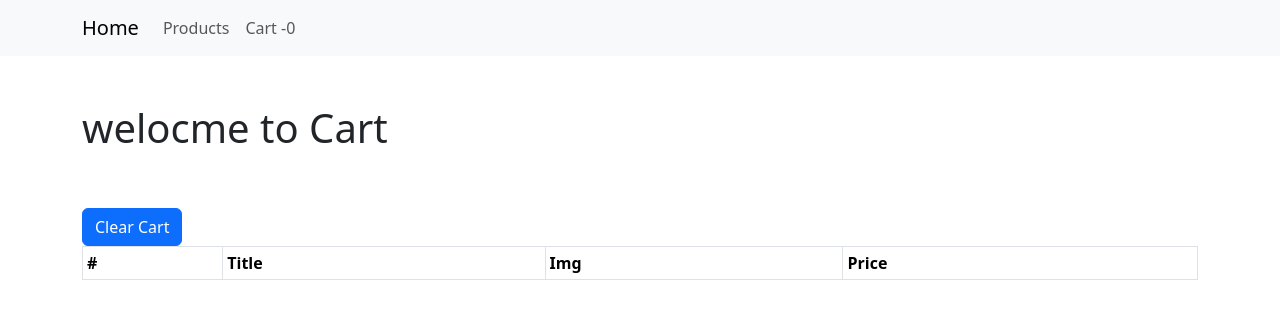
Repository: abdulrahmanmahmood/Basic-Cart-App-Using-Redux-Toolkit
Page: /cart
These files come from the project's save history. The page is drawn as it stood at one moment and after a run of saves; the edit follows.
The browser window is 1280 px wide. The pictures show the whole page.
The project was rebuilt for these pictures with package versions that can differ from the ones it lists, and the page was loaded fresh each time. Also part of the build but not shown: src/App.css, src/components/Produc.js, src/App.js.

Above is the page before, as saved 2023-09-28 21:49:16.

After the next 2 saves:
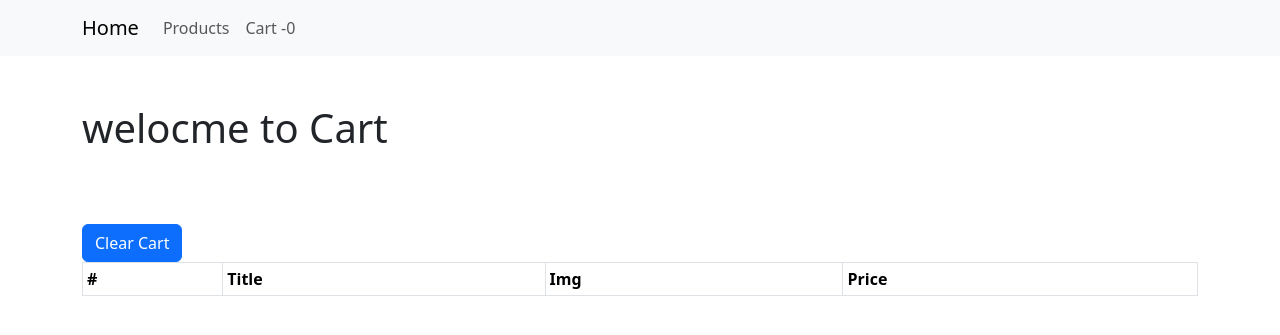
The 2 saves are shown as one change because they came seconds apart.
The last was saved 95 s later.
--- a/src/components/Cart.js
+++ b/src/components/Cart.js
@@ -9,7 +9,7 @@ function Cart() {
   return (
     <Container>
     <h1 className='py-5'>welocme to Cart</h1>
-    <Button onClick={()=>dispatch(clearCart())}>Clear Cart</Button>
+    <Button className='mt-3' onClick={()=>dispatch(clearCart())}>Clear Cart</Button>
     <Table striped bordered hover size="sm">
       <thead>
         <tr>
